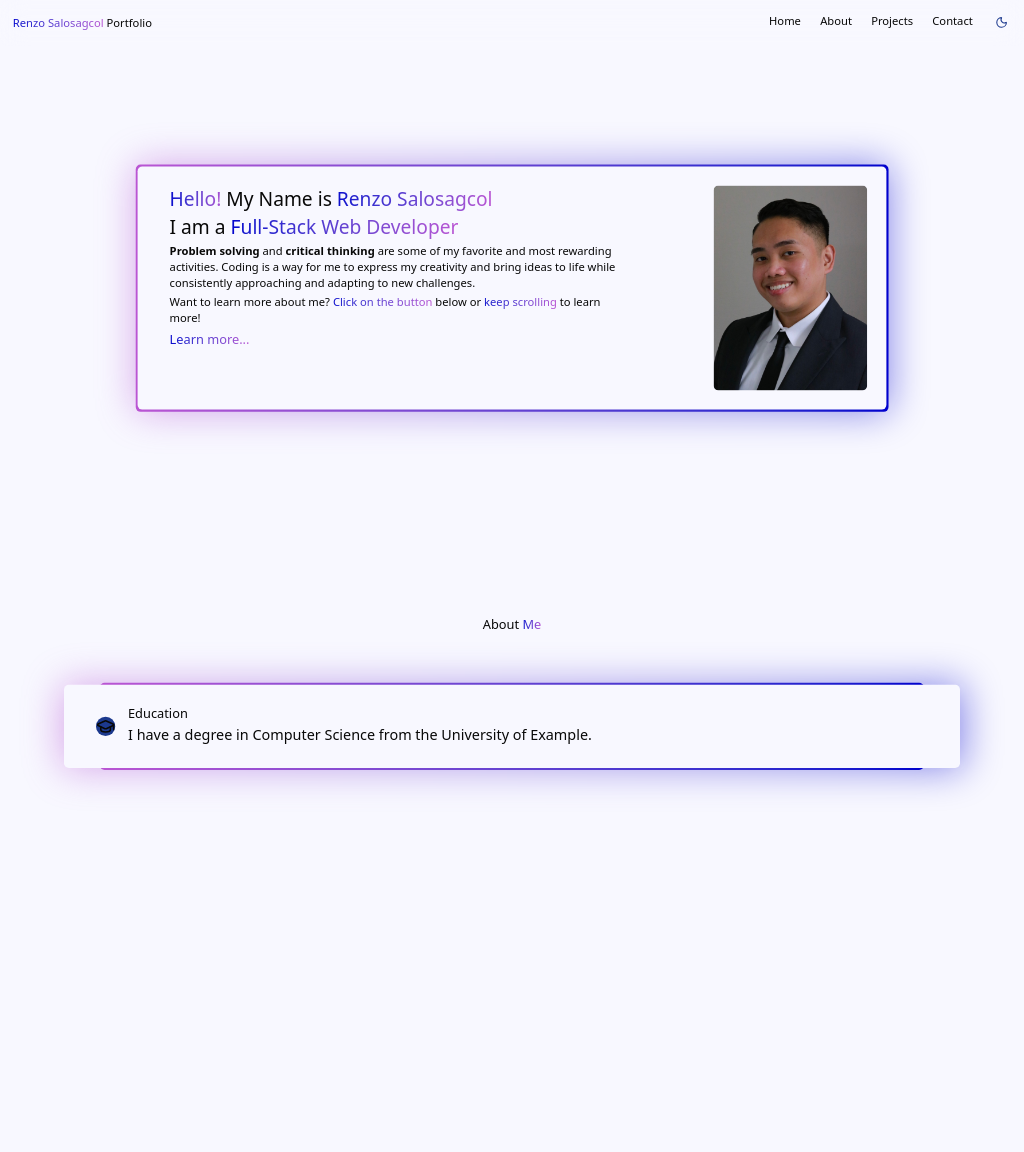
Repository: Renzo-Salosagcol/Updated_Personal_Portfolio
Page: /
The author's editor kept a copy of each file at every save. The page is drawn from the files as they stood at one save, then again after the next save.
The browser window is 1280 px wide. The pictures show the whole page, at 80% of full size.
The project was rebuilt for these pictures with package versions that can differ from the ones it lists, and the page was loaded fresh each time. Also part of the build but not shown: vite.config.js, src/pages/NotFound.jsx.

Above is the page before, as saved 2025-10-10 12:46:36.

After the next save:
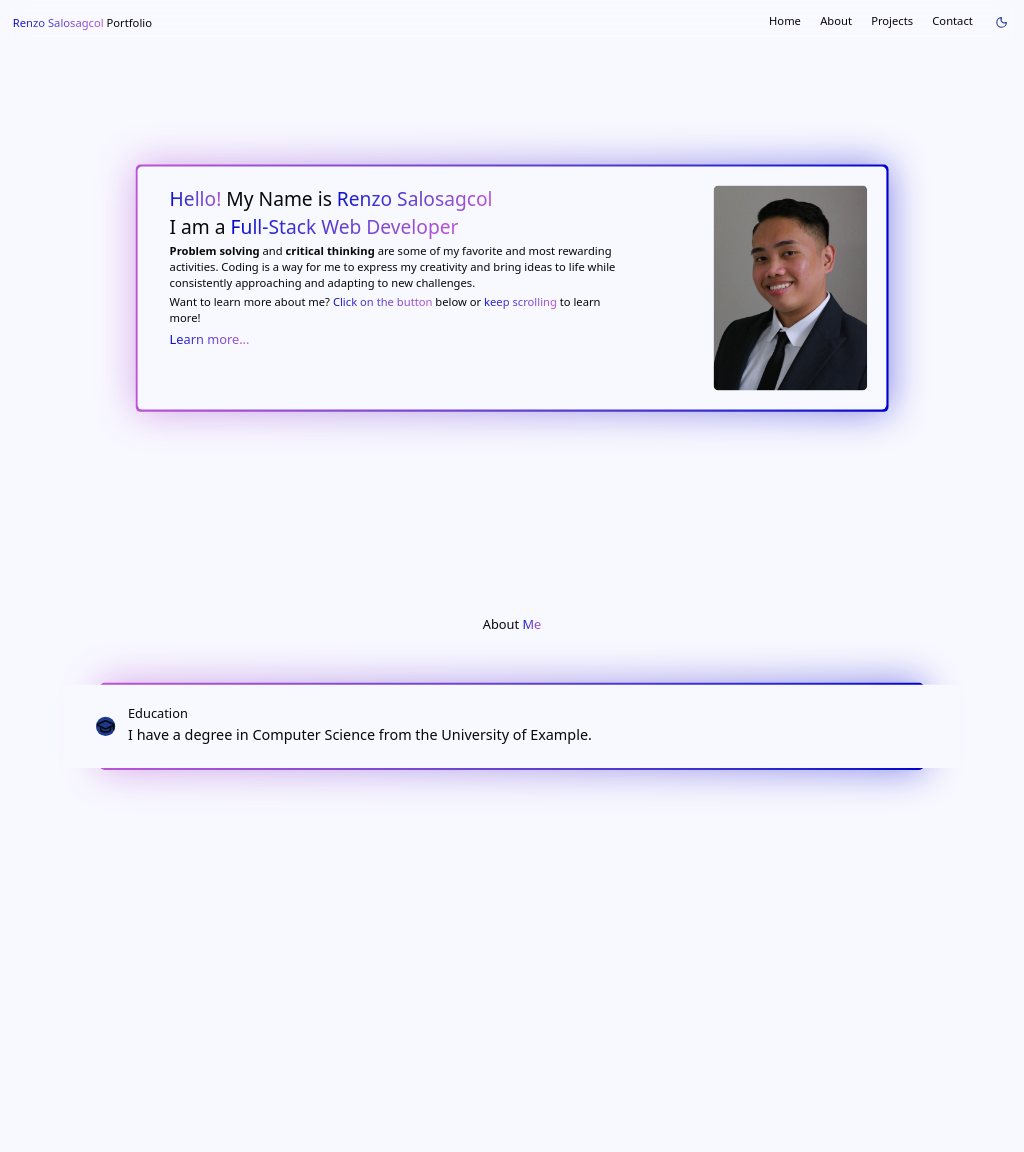
Saved 29 s later.
--- a/src/components/About.jsx
+++ b/src/components/About.jsx
@@ -17,7 +17,7 @@ export const About = () => {
       </div>
       <div className=" mx-auto max-w-6xl rounded-lg p-4 grid-cols-1 gap-6">
         {experiences.map((experience, index) => (
-          <div className="z-0 relative gradient-border after:w-[92%] after:h-[105%]">
+          <div className="z-0 relative gradient-border after:w-[92%] after:h-[105%] before:w-[92%] before:h-[105%] mb-6 animate-fade-in" key={index}>
             <div className="w-full h-full relative container flex flex-cols md:flex-rows rounded-md p-6 bg-background">
               <div className="p-4">
                 <experience.icon className="w-full h-full rounded-full bg-blue-900" />
